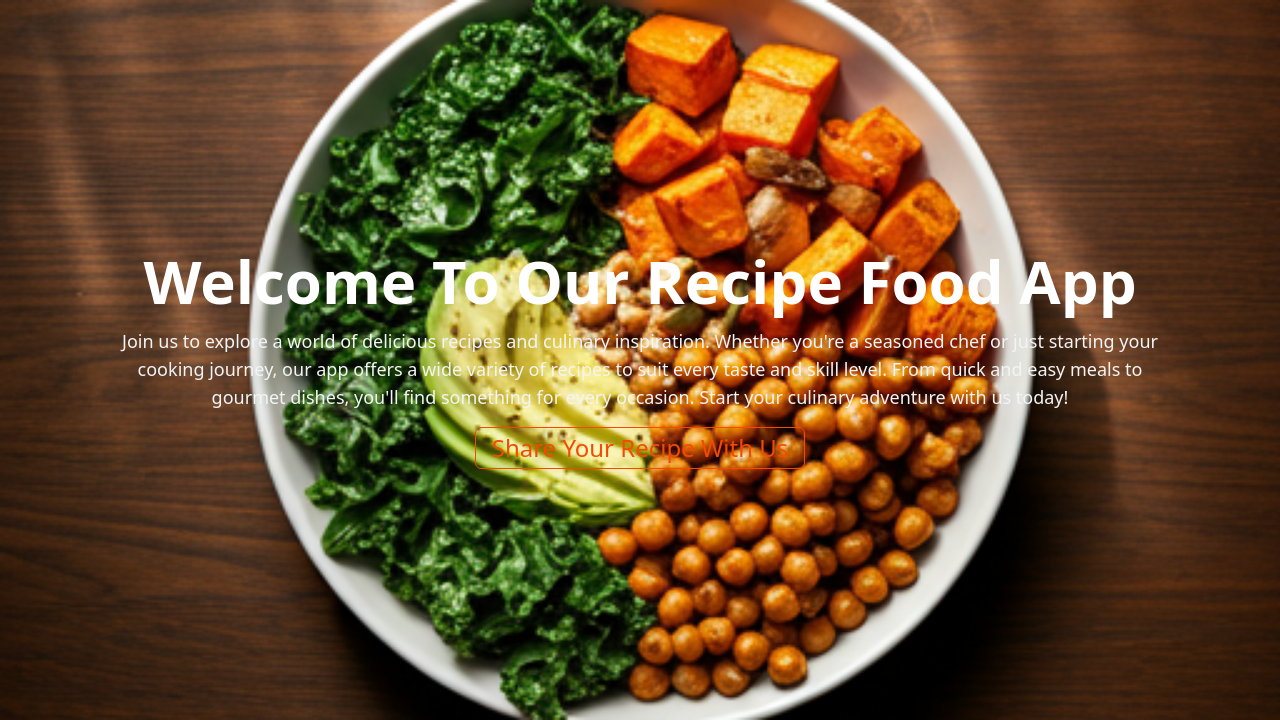
Repository: Eslam0Mohamed/mern-recipe-app
Page: / (app in FrontEnd/)
The author's editor kept a copy of each file at every save. The page is drawn from the files as they stood at one save, then again after the next save.
The browser window is 1280 px wide. The pictures show the whole page.
The project was rebuilt for these pictures with package versions that can differ from the ones it lists, and the page was loaded fresh each time. Also part of the build but not shown: FrontEnd/vite.config.js.

Above is the page before, as saved 2026-05-07 18:23:19.

After the next save:
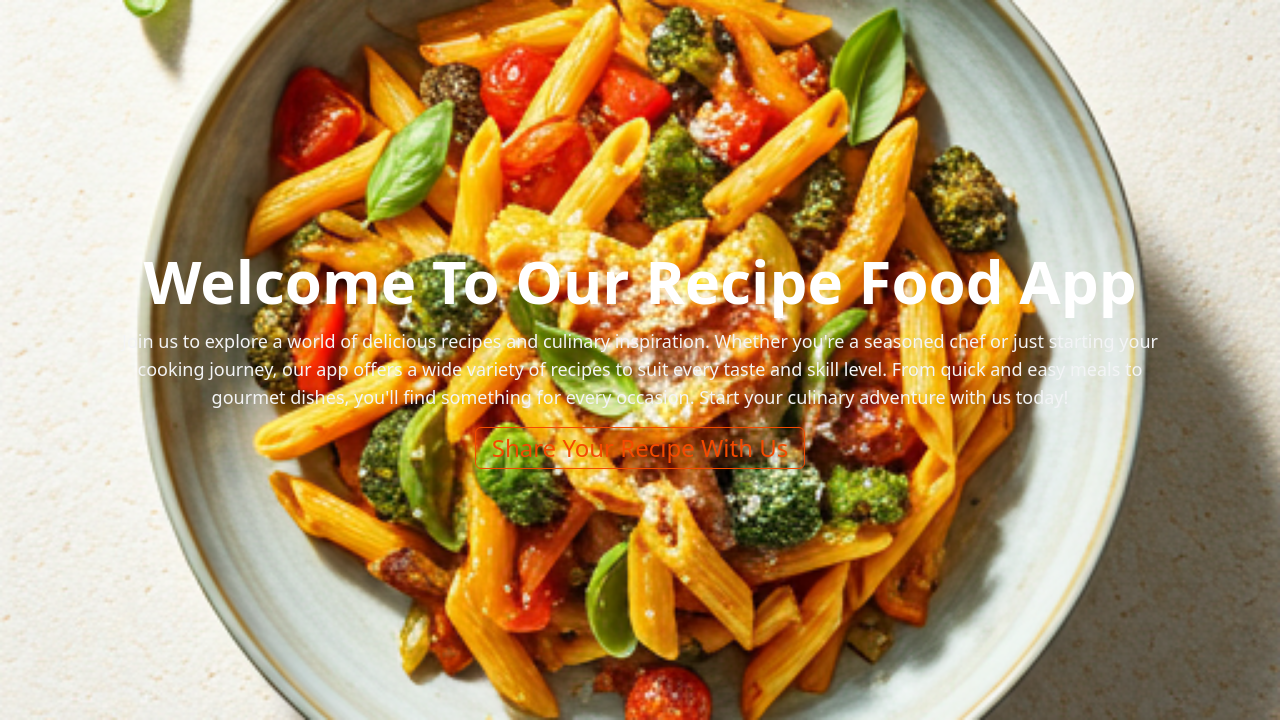
Saved 36 s later.
--- a/FrontEnd/src/pages/Home.jsx
+++ b/FrontEnd/src/pages/Home.jsx
@@ -1,5 +1,5 @@
 import React from 'react'
-import backgroundImage from "../assets/bg_2.png"
+import backgroundImage from "../assets/bg_1.png"
 function Home() {
   return (
     <section style={{backgroundImage:`url(${backgroundImage})`,}} className={`bg-cover bg-tertiary h-screen bg-center flex items-center justify-center `}>
